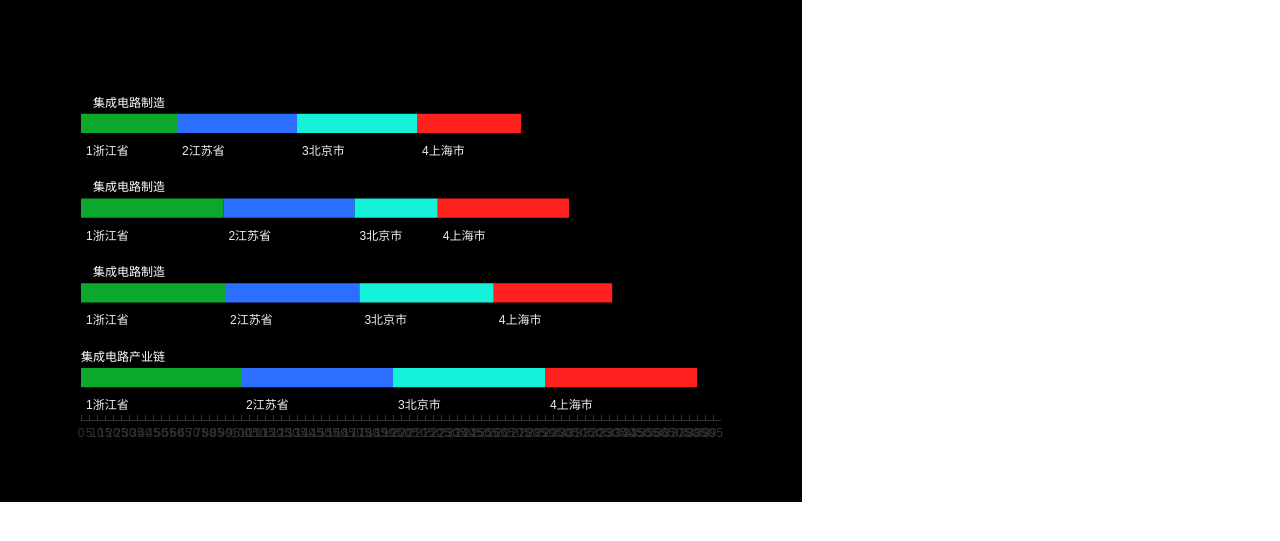
Repository: 572031690/echartproj
Page: /#/test
An editor plug-in stored every save of this project. The page is shown before and after the next save, followed by the edit.
The browser window is 1280 px wide. The pictures show the whole page.
The project was rebuilt for these pictures with package versions that can differ from the ones it lists, and the page was loaded fresh each time. Also part of the build but not shown: vue.config.js, src/components/Seller.vue, src/views/SellerPage.vue, src/utils/theme_utils.js, src/components/Trend.vue, src/views/TrendPage.vue, src/utils/map_utils.js, src/components/Map.vue and 9 more.

Above is the page before, as saved 2021-08-03 12:41:55.

### public/index.html
<!DOCTYPE html>
<html lang="en">
  <head>
    <meta charset="utf-8">
    <meta http-equiv="X-UA-Compatible" content="IE=edge">
    <meta name="viewport" content="width=device-width,initial-scale=1.0">
    <link rel="icon" href="<%= BASE_URL %>favicon.ico">
    <title><%= htmlWebpackPlugin.options.title %></title>
  </head>
  <body>
    <noscript>
      <strong>We're sorry but <%= htmlWebpackPlugin.options.title %> doesn't work properly without JavaScript enabled. Please enable it to continue.</strong>
    </noscript>
    <div id="app"></div>
    <!-- built files will be auto injected -->
    <!-- 一旦通过script标签引入的echarts.js的文件之后呢, window.echarts -->
    <script src="static/lib/echarts.min.js"></script>
    <!-- 引入主题的js文件 -->
    <script src="static/theme/chalk.js"></script>
    <script src="static/theme/vintage.js"></script>
  </body>
</html>

### src/main.js
import Vue from 'vue'
import App from './App.vue'
import router from './router'
import store from './store'
// 引入字体的文件
import './assets/font/iconfont.css'
// 引入全局的样式文件
import './assets/css/global.less'
import axios from 'axios'
import SocketService from './utils/socket_service'

// 调用socket **********
// import SocketService from '@/utils/socket_service'
// 对服务端进行webSocket连接 *********
// SocketService.Instance.connect()
// Vue.prototype.$socket = SocketService.Instance

// 请求基准路径的配置
axios.defaults.baseURL = 'http://127.0.0.1:8888/api/'
// 将axios挂载到Vue的原型对象上
// 在别的组件中 this.$http
Vue.prototype.$http = axios

// 将全局的echarts对象挂载到Vue的原型对象上
// 别的组件中 this.$echarts
Vue.prototype.$echarts = window.echarts

Vue.config.productionTip = false

new Vue({
  router,
  store,
  render: h => h(App)
}).$mount('#app')

### src/App.vue
<template>
  <div id="app">
    <!-- 路由占位符 -->
    <router-view></router-view>
  </div>
</template>

<style lang="less">

</style>

### src/router/index.js
import Vue from 'vue'
import VueRouter from 'vue-router'
import SellerPage from '@/views/SellerPage'
import TrendPage from '@/views/TrendPage'
import MapPage from '@/views/MapPage'
import RankPage from '@/views/RankPage'
import HotPage from '@/views/HotPage'
import StockPage from '@/views/StockPage'
import Test from '../components/Test.vue'
import ScreenPage from '@/views/ScreenPage'

Vue.use(VueRouter)

const routes = [
  {
    path: '/',
    redirect: '/screen'
  },
  {
    path: '/screen',
    component: ScreenPage
  },
  {
    path: '/sellerpage',
    component: SellerPage
  },
  {
    path: '/trendpage',
    component: TrendPage
  },
  {
    path: '/mappage',
    component: MapPage
  },
  {
    path: '/rankpage',
    component: RankPage
  },
  {
    path: '/hotpage',
    component: HotPage
  },
  {
    path: '/stockpage',
    component: StockPage
  },
  {
    path: '/test',
    component: Test
  }

]

const router = new VueRouter({
  routes
})

export default router

### src/store/index.js
import Vue from 'vue'
import Vuex from 'vuex'

Vue.use(Vuex)

export default new Vuex.Store({
  state: {
    theme: 'chalk'
  },
  mutations: {
    changeTheme (state) {
      if(state.theme === 'chalk'){
        state.theme = 'vintage'
      }else{
        state.theme = 'chalk'
      }
    }
  },
  actions: {
  },
  modules: {
  }
})

### src/assets/css/global.less
html, body, #app {
  width: 100%;
  height: 100%;
  padding: 0;
  margin: 0;
  overflow: hidden;
}

.com-page {
  width: 100%;
  height: 100%;
  overflow: hidden;
}

.com-container {
  width: 100%;
  height: 100%;
  overflow: hidden;
  position: relative;
}

.com-chart {
  width: 100%;
  height: 100%;
  overflow: hidden;
}

canvas {
  border-radius: 20px;
}

/*无法选中图片文字方法*/
span,div,img{
  user-select:none;
}

### src/utils/socket_service.js
export default class SocketService {
    // 单例的设计模式
    //如果别人通过get Instance 来的到我的实例对象 那我只会给他返回同一个实例对象
    static instance = null
    static get Instance() {
        if (!this.instance) {
            this.instance = new SocketService()
        }
        return this.instance
    }

    //和服务端连接的socket对象
    ws = null
    //存储回调函数
    callBackMapping = {}
    //定义连接服务器的方法
    connect() {
        //连接服务器
        if (!window.WebSocket) {
            return console.log('你的浏览器不支持WebSocket');
        }
        this.ws = new WebSocket('ws://localhost:9998')

        //连接服务端成功
        this.ws.onopen = () => {
            console.log('连接服务端成功');
        }
        //连接服务端失败
        this.ws.onclose = () => {
            console.log('连接服务端失败');
        }
        //得到服务端发送过来的数据
        this.ws.onmessage = msg => {
            console.log('从服务端获取数据');
            //得到的数据在msg的data里面
            // console.log(msg.data);
            const recvData = JSON.parse(msg.data)
            const socketType = recvData.socketType
            //判断回调函数是否存在
            if(this.callBackMapping[socketType]){
                const action = recvData.action
                if(action === 'getData') {
                    const realData = JSON.parse(recvData.data)
                    this.callBackMapping[socketType]
                }else if( action === 'fullScreen') {

                }else if(action === 'themeChange') {

                }
            }
        }
    }
    //回调函数的注册
    registerCallBack(socketType, callBack) {
        this.callBackMapping[socketType] = callBack
    }
    //取消某一个回调函数
    unRegisterCallBack(socketType) {
        this.callBackMapping[socketType] = null
    }

}

### src/components/Test.vue
<template>
  <div class="line-chart" ref="mybar">
    123
  </div>
</template>

<script>
export default {
  mounted() {
    this.getData()
    this.initChart()
  },
  data() {
    return {
      chartInstance: null,
      seriesData: [100, 120, 140, 90, 90, 80],
      barChart: {
        xAxisData: ['类别1', '类别2', '类别3', '类别4'],
        dataList: []
      },

      chartData1: [
        { rank: 1, name: '浙江省', value: 100 },
        { rank: 1, name: '江苏省', value: 90 },
        { rank: 1, name: '北京市', value: 89 },
        { rank: 1, name: '上海市', value: 60 }
      ],
      chartData2: [
        { rank: 2, name: '浙江省', value: 95 },
        { rank: 2, name: '江苏省', value: 84 },
        { rank: 2, name: '北京市', value: 82 },
        { rank: 2, name: '上海市', value: 75 }

      ],
      chartData3: [
        { rank: 3, name: '浙江省', value: 95 },
        { rank: 3, name: '江苏省', value: 84 },
        { rank: 3, name: '北京市', value: 52 },
        { rank: 3, name: '上海市', value: 75 }

      ],
      chartData4: [
        { rank: 4, name: '浙江省', value: 95 },
        { rank: 4, name: '江苏省', value: 74 },
        { rank: 4, name: '北京市', value: 82 },
        { rank: 4, name: '上海市', value: 65 }

      ],
      chartData5: [
        { rank: 5, name: '浙江省', value: 85.5 },
        { rank: 5, name: '江苏省', value: 44 },
        { rank: 5, name: '北京市', value: 72 },
        { rank: 5, name: '上海市', value: 75 }

      ],
      yAxisData: ['集成电路产业链', '集成电路制造', '集成电路制造', '集成电路制造']
    }
  },
  methods: {
    initChart() {
      const colorArr1 = [
        'rgba(11, 168, 44)',
        'rgba(44, 110, 255)',
        'rgba(22, 242, 217)',
        'rgba(254, 33, 30)',
        'rgba(250, 105, 0)'
      ]
      const ChartsData = [
        {
          name: '第一列',
          data: this.chartData1
        },
        {
          name: '第一列',
          data: this.chartData2
        },
        {
          name: '第一列',
          data: this.chartData3
        },
        {
          name: '第一列',
          data: this.chartData4
        },
        {
          name: '第一列',
          data: this.chartData5
        }
      ]
      var serises = ChartsData.map((item, index) => {
        if (item.data[index]) {
          return {
            name: item.data[index].name,
            stack: '类1',
            barWidth: '23%', // 宽度
            itemStyle: {
              color: arg => {
                return colorArr1[arg.componentIndex]
              },
              emphasis: { // 鼠标悬浮后的样式变化
                borderWidth: 5,
                borderType: 'solid',
                color: colorArr1[index],
                borderColor: colorArr1[index]
              }
            },
            data: [item.data[0].value, item.data[1].value, item.data[2].value, item.data[3].value],
            type: 'bar',
            label: {
              show: true,
              position: [5, 32],
              textStyle: {
                color: '#eee',
                fontSize: 12
              },
              formatter: arg => {
                return arg.seriesIndex + 1 + '' + item.data[index].name
              }
            }
          }
        }
      })
      // console.log(serises)
      const chartInstance = this.$echarts.init(this.$refs.mybar)
      const option = {
        tooltip: { // 设置鼠标悬浮提示框
          formatter: arg => {
            console.log(arg, '1111111111')
            return arg.seriesName + ' ' + arg.value
          },
          backgroundColor: '#343c55',
          borderColor: '#3c455a'
        },
        grid: [
          {
            top: 80,
            bottom: 81
          }
        ],
        xAxis: [
          {
            type: 'value',
            // gridIndex: 0,
            axisLabel: {
              // 刻度标签文字
              show: true
            },
            splitLine: {
              show: false
              // x轴横线

            },
            axisLine: {
              // 设置轴线
              show: true
            },
            axisTick: {
              show: true, // 是否显示坐标轴刻度。
              inside: true, // 让坐标轴刻度朝内 默认是false朝外
              length: 5 // 坐标轴刻度线的长度。
            },
            interval: 5
          }
        ],
        yAxis: [
          {
            type: 'category',
            data: this.yAxisData,
            // gridIndex: 0, // x 轴所在的 grid 的索引，默认位于第一个 grid。
            axisLabel: {
              color: '#fff', // 刻度标签文字的颜色
              padding: [0, 0, 40, 0]
            },
            offset: -92, // 设置x轴的偏移 -92是向上 但是得配合onZero: false,使用 不然负数不会生效
            axisLine: {
              onZero: false,
              // 设置轴线
              show: false
            },
            axisTick: {
              show: false // 是否显示坐标轴刻度。
            }
          }
        ],
        series: serises
      }
      chartInstance.setOption(option)
    },
    getData() {
      let sum = 0
      this.seriesData.forEach(item => (sum += item))
      const aver = sum / this.seriesData.length
      // console.log(aver)
      this.barChart.dataList[0] = this.seriesData.map(item => {
        if (item > aver) return item - aver
        else return 0
      })
      this.barChart.dataList[1] = this.seriesData.map(item => {
        if (item > aver) return aver
        else return item
      })
      // console.log(this.barChart.dataList)
    }
  }
}
</script>

<style>
.line-chart {
  width: 800px;
  height: 500px;
  border: 1px solid black;
  background: #000;
}
</style>

### public/static/theme/vintage.js
(function (root, factory) {
    if (typeof define === 'function' && define.amd) {
        // AMD. Register as an anonymous module.
        define(['exports', 'echarts'], factory);
    } else if (typeof exports === 'object' && typeof exports.nodeName !== 'string') {
        // CommonJS
        factory(exports, require('echarts'));
    } else {
        // Browser globals
        factory({}, root.echarts);
    }
}(this, function (exports, echarts) {
    var log = function (msg) {
        if (typeof console !== 'undefined') {
            console && console.error && console.error(msg);
        }
    };
    if (!echarts) {
        log('ECharts is not Loaded');
        return;
    }
    echarts.registerTheme('vintage', {
        "color": [
            '#0ba82c',
            '#2c6eff',
            '#16f2d9',
            '#fe211e',
            '#fa6900',
            "#eedd78",
            "#73a373",
            "#73b9bc",
            "#7289ab",
            "#91ca8c",
            "#f49f42"
        ],
        "backgroundColor": "#ffffff",
        "textStyle": {},
        "title": {
            "textStyle": {
                "color": "#333333"
            },
            "subtextStyle": {
                "color": "#aaa"
            }
        },
        "line": {
            "itemStyle": {
                "normal": {
                    "borderWidth": "4"
                }
            },
            "lineStyle": {
                "normal": {
                    "width": "3"
                }
            },
            "symbolSize": "0",
            "symbol": "circle",
            "smooth": true
        },
        "radar": {
            "itemStyle": {
                "normal": {
                    "borderWidth": 1
                }
            },
            "lineStyle": {
                "normal": {
                    "width": 2
                }
            },
            "symbolSize": 4,
            "symbol": "emptyCircle",
            "smooth": false
        },
        "bar": {
            "itemStyle": {
                "normal": {
                    "barBorderWidth": 0,
                    "barBorderColor": "#ccc"
                },
                "emphasis": {
                    "barBorderWidth": 0,
                    "barBorderColor": "#ccc"
                }
            }
        },
        "pie": {
            "itemStyle": {
                "normal": {
                    "borderWidth": 0,
                    "borderColor": "#ccc"
                },
                "emphasis": {
                    "borderWidth": 0,
                    "borderColor": "#ccc"
                }
            }
        },
        "scatter": {
            "itemStyle": {
                "normal": {
                    "borderWidth": 0,
                    "borderColor": "#ccc"
                },
                "emphasis": {
                    "borderWidth": 0,
                    "borderColor": "#ccc"
                }
            }
        },
        "boxplot": {
            "itemStyle": {
                "normal": {
                    "borderWidth": 0,
                    "borderColor": "#ccc"
                },
                "emphasis": {
                    "borderWidth": 0,
                    "borderColor": "#ccc"
                }
            }
        },
        "parallel": {
            "itemStyle": {
                "normal": {
                    "borderWidth": 0,
                    "borderColor": "#ccc"
                },
                "emphasis": {
                    "borderWidth": 0,
                    "borderColor": "#ccc"
                }
            }
        },
        "sankey": {
            "itemStyle": {
                "normal": {
                    "borderWidth": 0,
                    "borderColor": "#ccc"
                },
                "emphasis": {
                    "borderWidth": 0,
                    "borderColor": "#ccc"
                }
            }
        },
        "funnel": {
            "itemStyle": {
                "normal": {
                    "borderWidth": 0,
                    "borderColor": "#ccc"
                },
                "emphasis": {
                    "borderWidth": 0,
                    "borderColor": "#ccc"
                }
            }
        },
        "gauge": {
            "itemStyle": {
                "normal": {
                    "borderWidth": 0,
                    "borderColor": "#ccc"
                },
                "emphasis": {
                    "borderWidth": 0,
                    "borderColor": "#ccc"
                }
            }
        },
        "candlestick": {
            "itemStyle": {
                "normal": {
                    "color": "#c23531",
                    "color0": "#314656",
                    "borderColor": "#c23531",
                    "borderColor0": "#314656",
                    "borderWidth": 1
                }
            }
        },
        "graph": {
            "itemStyle": {
                "normal": {
                    "borderWidth": 0,
                    "borderColor": "#ccc"
                }
            },
            "lineStyle": {
                "normal": {
                    "width": 1,
                    "color": "#aaa"
                }
            },
            "symbolSize": 4,
            "symbol": "emptyCircle",
            "smooth": false,
            "color": [
                "#d87c7c",
                "#919e8b",
                "#d7ab82",
                "#6e7074",
                "#61a0a8",
                "#efa18d",
                "#787464",
                "#cc7e63",
                "#724e58",
                "#4b565b"
            ],
            "label": {
                "normal": {
                    "textStyle": {
                        "color": "#eee"
                    }
                }
            }
        },
        "map": {
            "itemStyle": {
                "normal": {
                    "areaColor": "#eeeeee",
                    "borderColor": "#444444",
                    "borderWidth": 0.5
                },
                "emphasis": {
                    "areaColor": "rgba(255,215,0,0.8)",
                    "borderColor": "#444444",
                    "borderWidth": 1
                }
            },
            "label": {
                "normal": {
                    "textStyle": {
                        "color": "#000000"
                    }
                },
                "emphasis": {
                    "textStyle": {
                        "color": "rgb(100,0,0)"
                    }
                }
            }
        },
        "geo": {
            "itemStyle": {
                "normal": {
                    "areaColor": "#eeeeee",
                    "borderColor": "#444444",
                    "borderWidth": 0.5
                },
                "emphasis": {
                    "areaColor": "rgba(255,215,0,0.8)",
                    "borderColor": "#444444",
                    "borderWidth": 1
                }
            },
            "label": {
                "normal": {
                    "textStyle": {
                        "color": "#000000"
                    }
                },
                "emphasis": {
                    "textStyle": {
                        "color": "rgb(100,0,0)"
                    }
                }
            }
        },
        "categoryAxis": {
            "axisLine": {
                "show": true,
                "lineStyle": {
                    "color": "#333"
                }
            },
            "axisTick": {
                "show": true,
                "lineStyle": {
                    "color": "#333"
                }
            },
            "axisLabel": {
                "show": true,
                "textStyle": {
                    "color": "#999"
                }
            },
            "splitLine": {
                "show": false,
                "lineStyle": {
                    "color": [
                        "#ccc"
                    ]
                }
            },
            "splitArea": {
                "show": false,
                "areaStyle": {
                    "color": [
                        "rgba(250,250,250,0.3)",
                        "rgba(200,200,200,0.3)"
                    ]
                }
            }
        },
        "valueAxis": {
            "axisLine": {
                "show": true,
                "lineStyle": {
                    "color": "#666666"
                }
            },
            "axisTick": {
                "show": false,
                "lineStyle": {
                    "color": "#333"
                }
            },
            "axisLabel": {
                "show": true,
                "textStyle": {
                    "color": "#aaaaaa"
                }
            },
            "splitLine": {
                "show": false,
                "lineStyle": {
                    "color": [
                        "#e6e6e6"
                    ]
                }
            },
            "splitArea": {
                "show": false,
                "areaStyle": {
                    "color": [
                        "rgba(250,250,250,0.05)",
                        "rgba(200,200,200,0.02)"
                    ]
                }
            }
        },
        "logAxis": {
            "axisLine": {
                "show": true,
                "lineStyle": {
                    "color": "#333"
                }
            },
            "axisTick": {
                "show": true,
                "lineStyle": {
                    "color": "#333"
                }
            },
            "axisLabel": {
                "show": true,
                "textStyle": {
                    "color": "#333"
                }
            },
            "splitLine": {
                "show": true,
                "lineStyle": {
                    "color": [
                        "#ccc"
                    ]
                }
            },
            "splitArea": {
                "show": false,
                "areaStyle": {
                    "color": [
                        "rgba(250,250,250,0.3)",
                        "rgba(200,200,200,0.3)"
                    ]
                }
            }
        },
        "timeAxis": {
            "axisLine": {
                "show": true,
                "lineStyle": {
                    "color": "#333"
                }
            },
            "axisTick": {
                "show": true,
                "lineStyle": {
                    "color": "#333"
                }
            },
            "axisLabel": {
                "show": true,
                "textStyle": {
                    "color": "#333"
                }
            },
            "splitLine": {
                "show": true,
                "lineStyle": {
                    "color": [
                        "#ccc"
                    ]
                }
            },
            "splitArea": {
                "show": false,
                "areaStyle": {
                    "color": [
                        "rgba(250,250,250,0.3)",
                        "rgba(200,200,200,0.3)"
                    ]
                }
            }
        },
        "toolbox": {
            "iconStyle": {
                "normal": {
                    "borderColor": "#999999"
                },
                "emphasis": {
                    "borderColor": "#666666"
                }
            }
        },
        "legend": {
            "textStyle": {
                "color": "#333333"
            }
        },
        "tooltip": {
            "axisPointer": {
                "lineStyle": {
                    "color": "#cccccc",
                    "width": 1
                },
                "crossStyle": {
                    "color": "#cccccc",
                    "width": 1
                }
            }
        },
        "timeline": {
            "lineStyle": {
                "color": "#293c55",
                "width": 1
            },
            "itemStyle": {
                "normal": {
                    "color": "#293c55",
                    "borderWidth": 1
                },
                "emphasis": {
                    "color": "#a9334c"
                }
            },
            "controlStyle": {
                "normal": {
                    "color": "#293c55",
                    "borderColor": "#293c55",
                    "borderWidth": 0.5
                },
                "emphasis": {
                    "color": "#293c55",
                    "borderColor": "#293c55",
                    "borderWidth": 0.5
                }
            },
            "checkpointStyle": {
                "color": "#e43c59",
                "borderColor": "rgba(194,53,49,0.5)"
            },
            "label": {
                "normal": {
                    "textStyle": {
                        "color": "#293c55"
                    }
                },
                "emphasis": {
                    "textStyle": {
                        "color": "#293c55"
                    }
                }
            }
        },
        "visualMap": {
            "color": [
                "#bf444c",
                "#d88273",
                "#f6efa6"
            ]
        },
        "dataZoom": {
            "backgroundColor": "rgba(47,69,84,0)",
            "dataBackgroundColor": "rgba(47,69,84,0.3)",
            "fillerColor": "rgba(167,183,204,0.4)",
            "handleColor": "#a7b7cc",
            "handleSize": "100%",
            "textStyle": {
                "color": "#333333"
            }
        },
        "markPoint": {
            "label": {
                "normal": {
                    "textStyle": {
                        "color": "#eee"
                    }
                },
                "emphasis": {
                    "textStyle": {
                        "color": "#eee"
                    }
                }
            }
        }
    });
}));

Loaded but not shown: src/assets/font/iconfont.css (common file); public/static/lib/echarts.min.js (library); public/static/theme/chalk.js (521 lines, source omitted)

After the next save:
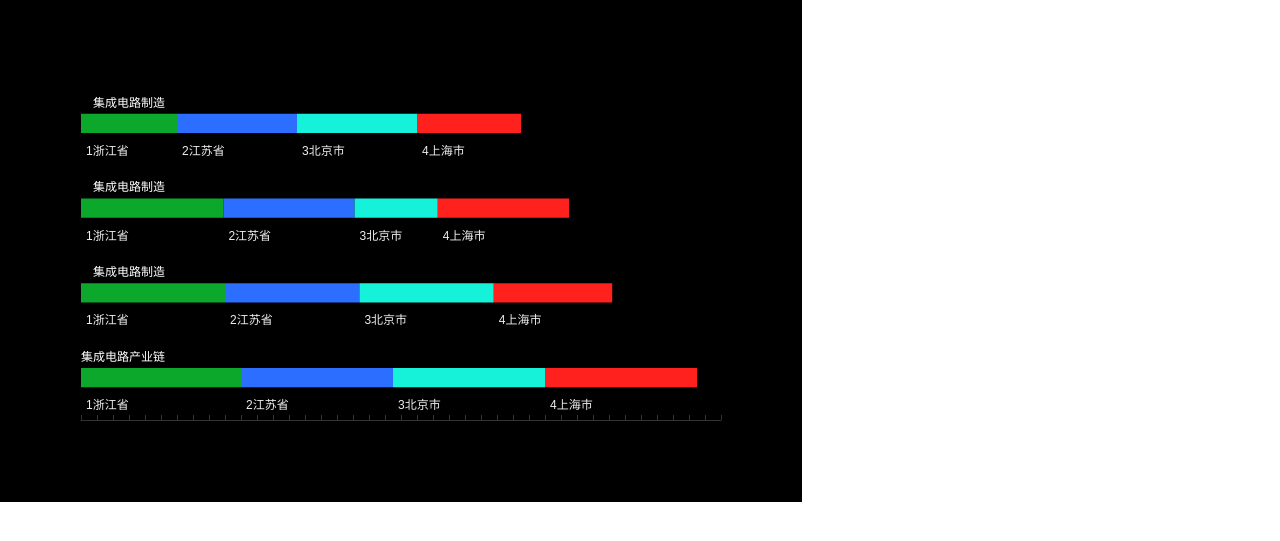
Saved 7 s later.
--- a/src/components/Test.vue
+++ b/src/components/Test.vue
@@ -143,7 +143,7 @@ export default {
             // gridIndex: 0,
             axisLabel: {
               // 刻度标签文字
-              show: true
+              show: false
             },
             splitLine: {
               show: false
@@ -159,7 +159,7 @@ export default {
               inside: true, // 让坐标轴刻度朝内 默认是false朝外
               length: 5 // 坐标轴刻度线的长度。
             },
-            interval: 5
+            interval: 10
           }
         ],
         yAxis: [
